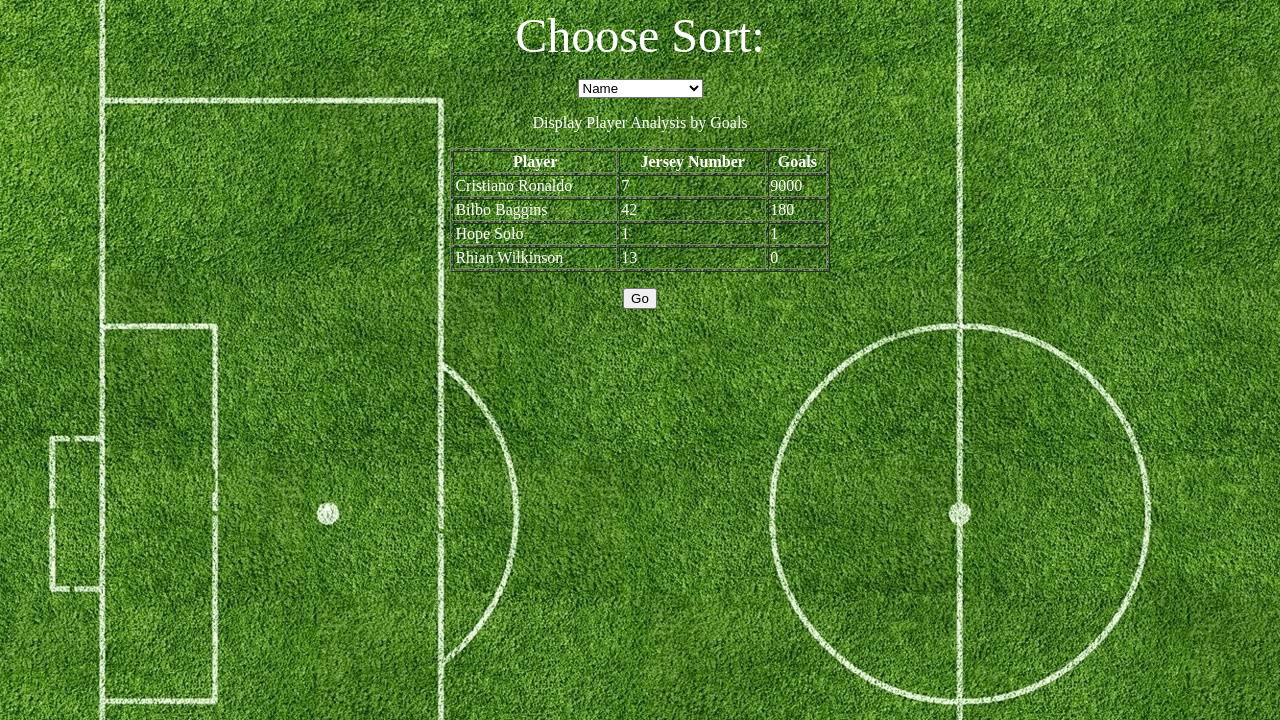
Repository: FredGlozman/SwiftScore
Page: SwiftScore/PlayerAnalysisMode.html
An editor plug-in stored every save of this project. The page is shown before and after the next save, followed by the edit.
The browser window is 1280 px wide. The pictures show the whole page.

Above is the page before, as saved 2015-12-03 12:42:01.

After the next save:
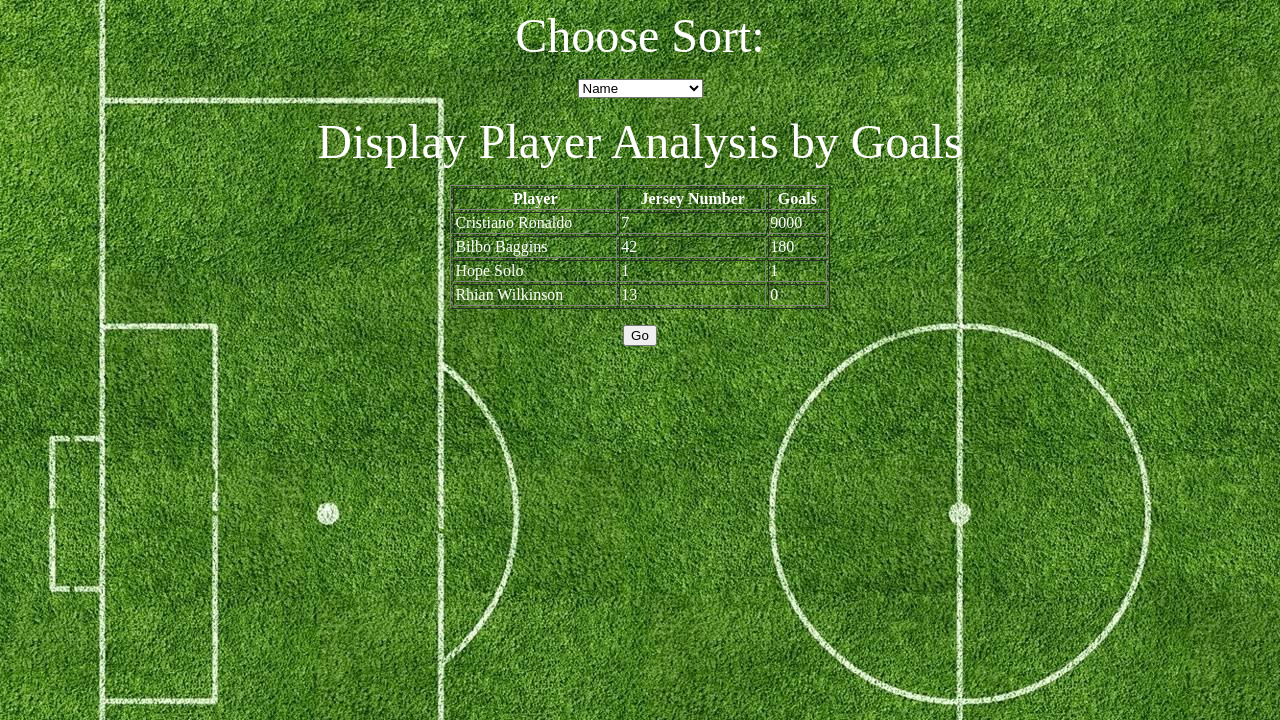
Saved 28 s later.
--- a/SwiftScore/PlayerAnalysisMode.html
+++ b/SwiftScore/PlayerAnalysisMode.html
@@ -13,7 +13,7 @@ p, font, th, td {
 		<font size = 30x >Choose Sort: </font>
 	</p>
 <select>
-	<option name="sort" value="N"><font size = 30x >Name</font></option>
+	<option name="sort" value="N">Name</option>
 	<option name="sort" value="J">Jersey</option>
 	<option name="sort" value="S">Shots</option>
 	<option name="sort" value="SS">Successful Shots</option>
@@ -25,7 +25,7 @@ p, font, th, td {
 <br>
 <form action="PlayerAnalysisMode.php" method="post">
 		<p>
-			<font>Display Player Analysis by Goals</font> <!-- implement get -->
+			<font size = 30x >Display Player Analysis by Goals</font> <!-- implement get -->
 		</p>
 		<p>
 		<table style="width: 30%" border="1">
